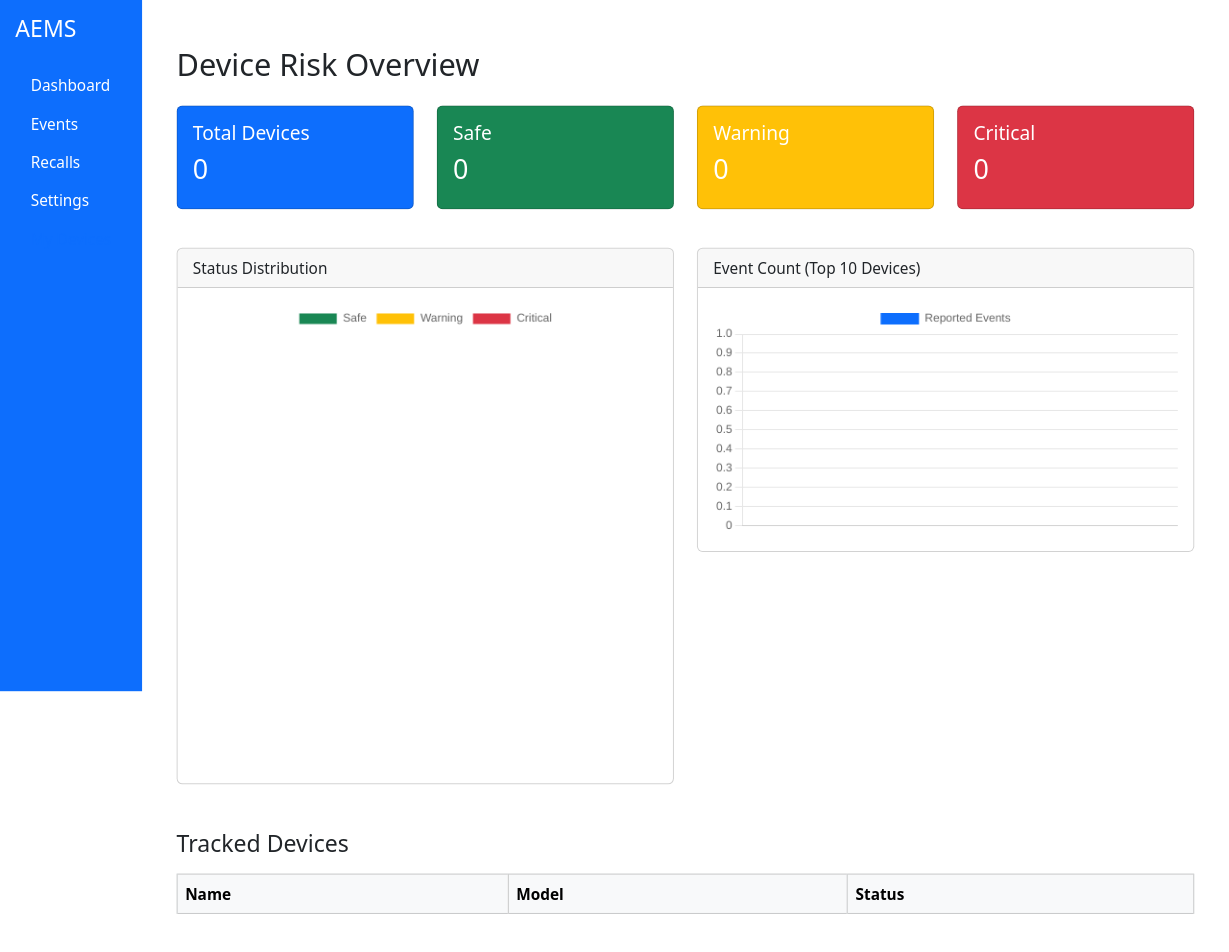
Repository: Sarary2/AEMS_2MVP
Page: / (app in frontend/AEMS/)
The author's editor kept a copy of each file at every save. The page is drawn from the files as they stood at one save, then again after the next save.
The browser window is 1280 px wide. The pictures show the whole page, at 96% of full size.
The page's requests for data from a server got no answer. The project was rebuilt for these pictures with package versions that can differ from the ones it lists, and the page was loaded fresh each time. No one was signed in, and anything a server would have sent is missing. Also part of the build but not shown: frontend/AEMS/vite.config.js, frontend/AEMS/src/components/DeviceRow.jsx, frontend/AEMS/src/pages/Events.jsx, frontend/AEMS/src/firebase.js, frontend/AEMS/src/pages/Login.jsx, frontend/AEMS/src/pages/Register.jsx, frontend/AEMS/src/pages/TrackedDevices.jsx.

Above is the page before, as saved 2025-05-06 08:37:33.

### frontend/AEMS/src/main.jsx
import React from 'react';
import ReactDOM from 'react-dom/client';
import App from './App.jsx';
import 'bootstrap/dist/css/bootstrap.min.css';

ReactDOM.createRoot(document.getElementById('root')).render(
  <React.StrictMode>
    <App />
  </React.StrictMode>
);

### frontend/AEMS/src/App.jsx
import { BrowserRouter as Router, Routes, Route, useLocation } from 'react-router-dom';
import Sidebar from './components/Sidebar';
import Dashboard from './pages/Dashboard';
import Events from './pages/Events';
import Login from './pages/Login';
import Register from './pages/Register';
import TrackedDevices from './pages/TrackedDevices';
function LayoutWithSidebar({ children }) {
  return (
    <div className="d-flex">
      <Sidebar />
      <div className="p-4 flex-grow-1">
        {children}
      </div>
    </div>
  );
}

function AppRoutes() {
  const location = useLocation();
  const hideSidebar = ['/login', '/register'].includes(location.pathname);

  return (
    hideSidebar ? (
      <Routes>
        <Route path="/login" element={<Login />} />
        <Route path="/register" element={<Register />} />
      </Routes>
    ) : (
      <LayoutWithSidebar>
        <Routes>
          <Route path="/" element={<Dashboard />} />
          <Route path="/events" element={<Events />} />
          <Route path="/tracked" element={<TrackedDevices />} />
        </Routes>
      </LayoutWithSidebar>
    )
  );
}

export default function App() {
  return (
    <Router>
      <AppRoutes />
    </Router>
  );
}

### frontend/AEMS/src/components/Sidebar.jsx
import { Link } from 'react-router-dom';

export default function Sidebar() {
  return (
    <div className="bg-primary text-white vh-100 p-3">
      <h4 className="text-white">AEMS</h4>
      <ul className="nav flex-column mt-4">
        <li className="nav-item"><Link className="nav-link text-white" to="/">Dashboard</Link></li>
        <li className="nav-item"><Link className="nav-link text-white" to="/events">Events</Link></li>
        <li className="nav-item"><Link className="nav-link text-white" to="/recalls">Recalls</Link></li>
        <li className="nav-item"><Link className="nav-link text-white" to="/settings">Settings</Link></li>
        <li className="nav-item">
  <a className="nav-link" href="/tracked">My Devices</a>
</li>
      </ul>
    </div>
  );
}

### frontend/AEMS/src/pages/Dashboard.jsx
import { useEffect, useState } from 'react';
import StatCard from '../components/StatCard';
import DeviceRow from '../components/DeviceRow';
import StatusChart from '../components/StatusChart';
import EventsChart from '../components/EventsChart'; // ✅ Add this line

export default function Dashboard() {
  const [devices, setDevices] = useState([]);

  useEffect(() => {
    fetch('http://localhost:5001/api/devices/all')
      .then(res => res.json())
      .then(data => setDevices(data))
      .catch(err => console.error('Failed to fetch devices', err));
  }, []);

  const total = devices.length;
  const safe = devices.filter(d => d.status === 'Safe').length;
  const warning = devices.filter(d => d.status === 'Warning').length;
  const critical = devices.filter(d => d.status === 'Critical').length;

  return (
    <div className="container-fluid">
      <h2 className="my-4">Device Risk Overview</h2>

      <div className="row mb-4">
        <StatCard title="Total Devices" count={total} color="primary" />
        <StatCard title="Safe" count={safe} color="success" />
        <StatCard title="Warning" count={warning} color="warning" />
        <StatCard title="Critical" count={critical} color="danger" />
      </div>

      <div className="row mb-5">
        <div className="col-md-6">
          <StatusChart data={{ Safe: safe, Warning: warning, Critical: critical }} />
        </div>
        <div className="col-md-6">
          <EventsChart devices={devices} />
        </div>
      </div>

      <h4>Tracked Devices</h4>
      <table className="table table-bordered mt-3">
        <thead className="table-light">
          <tr>
            <th>Name</th>
            <th>Model</th>
            <th>Status</th>
          </tr>
        </thead>
        <tbody>
          {devices.map((device, i) => (
            <DeviceRow
              key={i}
              name={device.deviceName}
              model={device.model}
              status={device.status}
            />
          ))}
        </tbody>
      </table>
    </div>
  );
}

### frontend/AEMS/src/components/StatCard.jsx
import React from 'react';

export default function StatCard({ title, count, color }) {
  return (
    <div className="col-md-3 mb-3">
      <div className={`card text-white bg-${color}`}>
        <div className="card-body">
          <h5 className="card-title">{title}</h5>
          <h3>{count}</h3>
        </div>
      </div>
    </div>
  );
}

### frontend/AEMS/src/components/StatusChart.jsx
import { Pie } from 'react-chartjs-2';
import { Chart as ChartJS, ArcElement, Tooltip, Legend } from 'chart.js';

ChartJS.register(ArcElement, Tooltip, Legend);

export default function StatusChart({ data }) {
  const chartData = {
    labels: ['Safe', 'Warning', 'Critical'],
    datasets: [
      {
        data: [data.Safe, data.Warning, data.Critical],
        backgroundColor: ['#198754', '#ffc107', '#dc3545'],
        borderWidth: 1,
      },
    ],
  };

  return (
    <div className="card">
      <div className="card-header">Status Distribution</div>
      <div className="card-body">
        <Pie data={chartData} />
      </div>
    </div>
  );
}

### frontend/AEMS/src/components/EventsChart.jsx
import { Bar } from 'react-chartjs-2';
import { Chart as ChartJS, BarElement, CategoryScale, LinearScale, Tooltip, Legend } from 'chart.js';

ChartJS.register(BarElement, CategoryScale, LinearScale, Tooltip, Legend);

export default function EventsChart({ devices }) {
  const chartData = {
    labels: devices.map((d) => d.deviceName.split(' ')[0]).slice(0, 10),
    datasets: [
      {
        label: 'Reported Events',
        data: devices.map((d) => d.events.length).slice(0, 10),
        backgroundColor: '#0d6efd',
      },
    ],
  };

  return (
    <div className="card">
      <div className="card-header">Event Count (Top 10 Devices)</div>
      <div className="card-body">
        <Bar data={chartData} />
      </div>
    </div>
  );
}

Loaded but not shown: frontend/AEMS/index.html (common file)

After the next save:
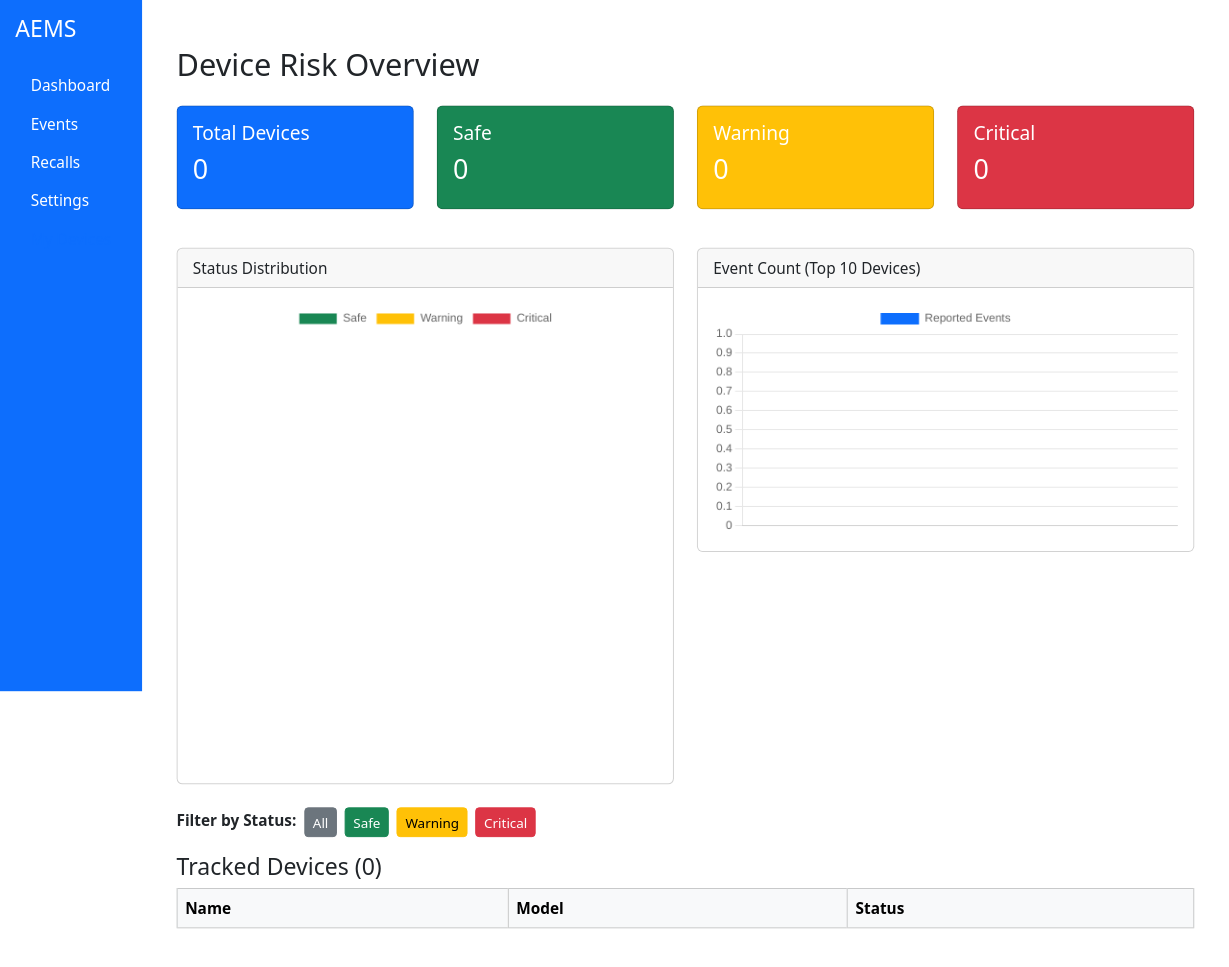
Saved 67 s later.
--- a/frontend/AEMS/src/pages/Dashboard.jsx
+++ b/frontend/AEMS/src/pages/Dashboard.jsx
@@ -2,10 +2,11 @@ import { useEffect, useState } from 'react';
 import StatCard from '../components/StatCard';
 import DeviceRow from '../components/DeviceRow';
 import StatusChart from '../components/StatusChart';
-import EventsChart from '../components/EventsChart'; // ✅ Add this line
+import EventsChart from '../components/EventsChart';
 
 export default function Dashboard() {
   const [devices, setDevices] = useState([]);
+  const [filter, setFilter] = useState('All');
 
   useEffect(() => {
     fetch('http://localhost:5001/api/devices/all')
@@ -14,10 +15,17 @@ export default function Dashboard() {
       .catch(err => console.error('Failed to fetch devices', err));
   }, []);
 
-  const total = devices.length;
-  const safe = devices.filter(d => d.status === 'Safe').length;
-  const warning = devices.filter(d => d.status === 'Warning').length;
-  const critical = devices.filter(d => d.status === 'Critical').length;
+  const getStatusCounts = () => {
+    const total = devices.length;
+    const safe = devices.filter(d => d.status === 'Safe').length;
+    const warning = devices.filter(d => d.status === 'Warning').length;
+    const critical = devices.filter(d => d.status === 'Critical').length;
+    return { total, safe, warning, critical };
+  };
+
+  const { total, safe, warning, critical } = getStatusCounts();
+
+  const filteredDevices = filter === 'All' ? devices : devices.filter(d => d.status === filter);
 
   return (
     <div className="container-fluid">
@@ -30,7 +38,7 @@ export default function Dashboard() {
         <StatCard title="Critical" count={critical} color="danger" />
       </div>
 
-      <div className="row mb-5">
+      <div className="row mb-4">
         <div className="col-md-6">
           <StatusChart data={{ Safe: safe, Warning: warning, Critical: critical }} />
         </div>
@@ -39,8 +47,21 @@ export default function Dashboard() {
         </div>
       </div>
 
-      <h4>Tracked Devices</h4>
-      <table className="table table-bordered mt-3">
+      <div className="mb-3">
+        <strong>Filter by Status: </strong>
+        {['All', 'Safe', 'Warning', 'Critical'].map((s) => (
+          <button
+            key={s}
+            className={`btn btn-sm mx-1 btn-${s === 'All' ? 'secondary' : s === 'Safe' ? 'success' : s === 'Warning' ? 'warning' : 'danger'}`}
+            onClick={() => setFilter(s)}
+          >
+            {s}
+          </button>
+        ))}
+      </div>
+
+      <h4>Tracked Devices ({filteredDevices.length})</h4>
+      <table className="table table-bordered mt-2">
         <thead className="table-light">
           <tr>
             <th>Name</th>
@@ -49,7 +70,7 @@ export default function Dashboard() {
           </tr>
         </thead>
         <tbody>
-          {devices.map((device, i) => (
+          {filteredDevices.map((device, i) => (
             <DeviceRow
               key={i}
               name={device.deviceName}
